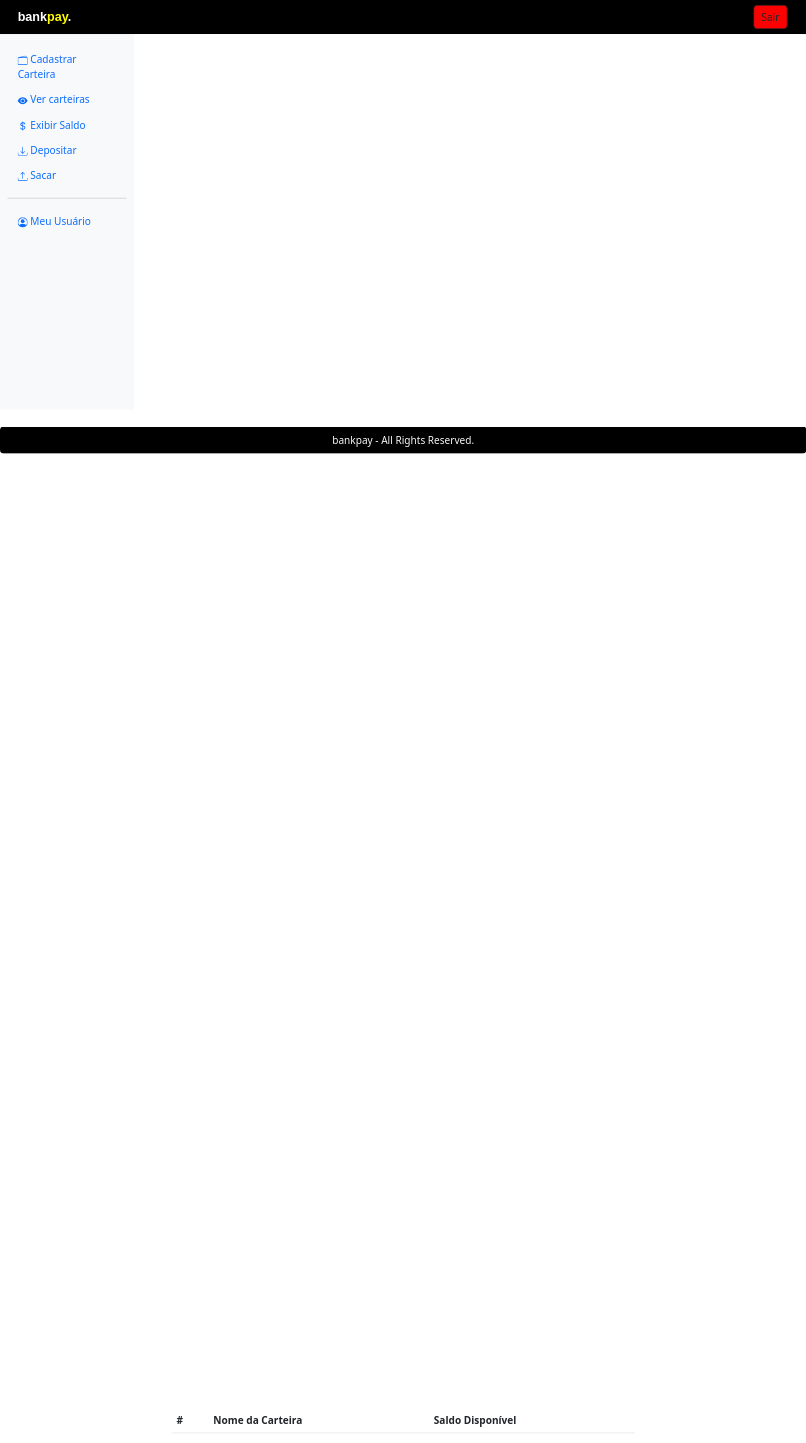
Repository: viniciusrodriguesb/IntegradorJava
Page: http://localhost/Carteira/principal.jsp
An editor plug-in stored every save of this project. The page is shown before and after the next save, followed by the edit.
The browser window is 1280 px wide. The pictures show the whole page, at 63% of full size.
The page is served by Tomcat 9. Queries for data that is not in the repository find no rows.

Above is the page before, as saved 2022-06-21 12:07:12.

After the next save:
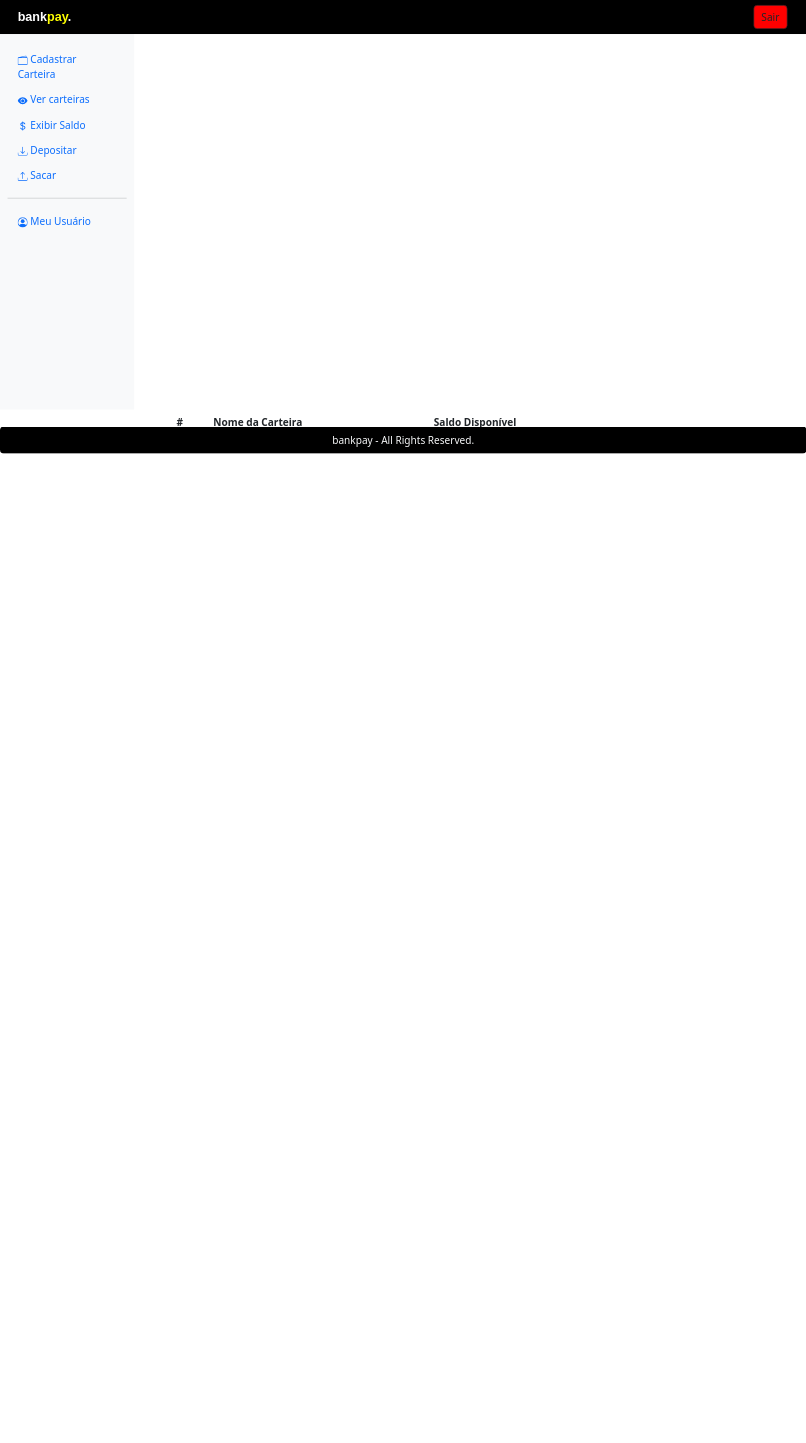
Saved 7 s later.
--- a/Carteira/src/main/webapp/style.css
+++ b/Carteira/src/main/webapp/style.css
@@ -277,5 +277,5 @@ input[type="submit"]:hover{
 }
 
 .tabelas{
-	margin-top: 220vh;
-}
+	margin-bottom: 220vh;
+}
